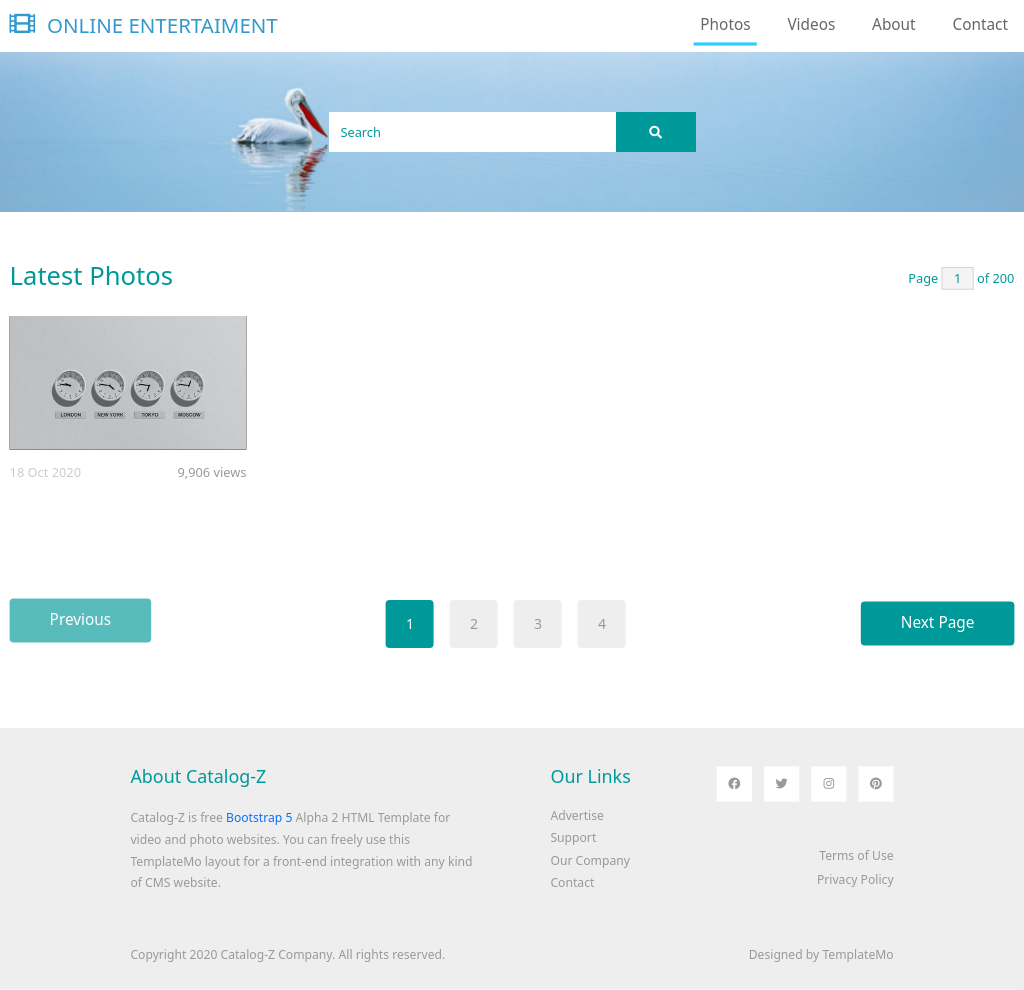
Repository: NguyenGiaHuy1102003/VideoManagementWebsite
Page: http://localhost/AsmJava4/index
The author's editor kept a copy of each file at every save. The page is drawn from the files as they stood at one save, then again after the next save.
The browser window is 1280 px wide. The pictures show the whole page, at 80% of full size.
The page is served by Tomcat 9.

Above is the page before, as saved 2023-07-21 06:05:40.

After the next save:
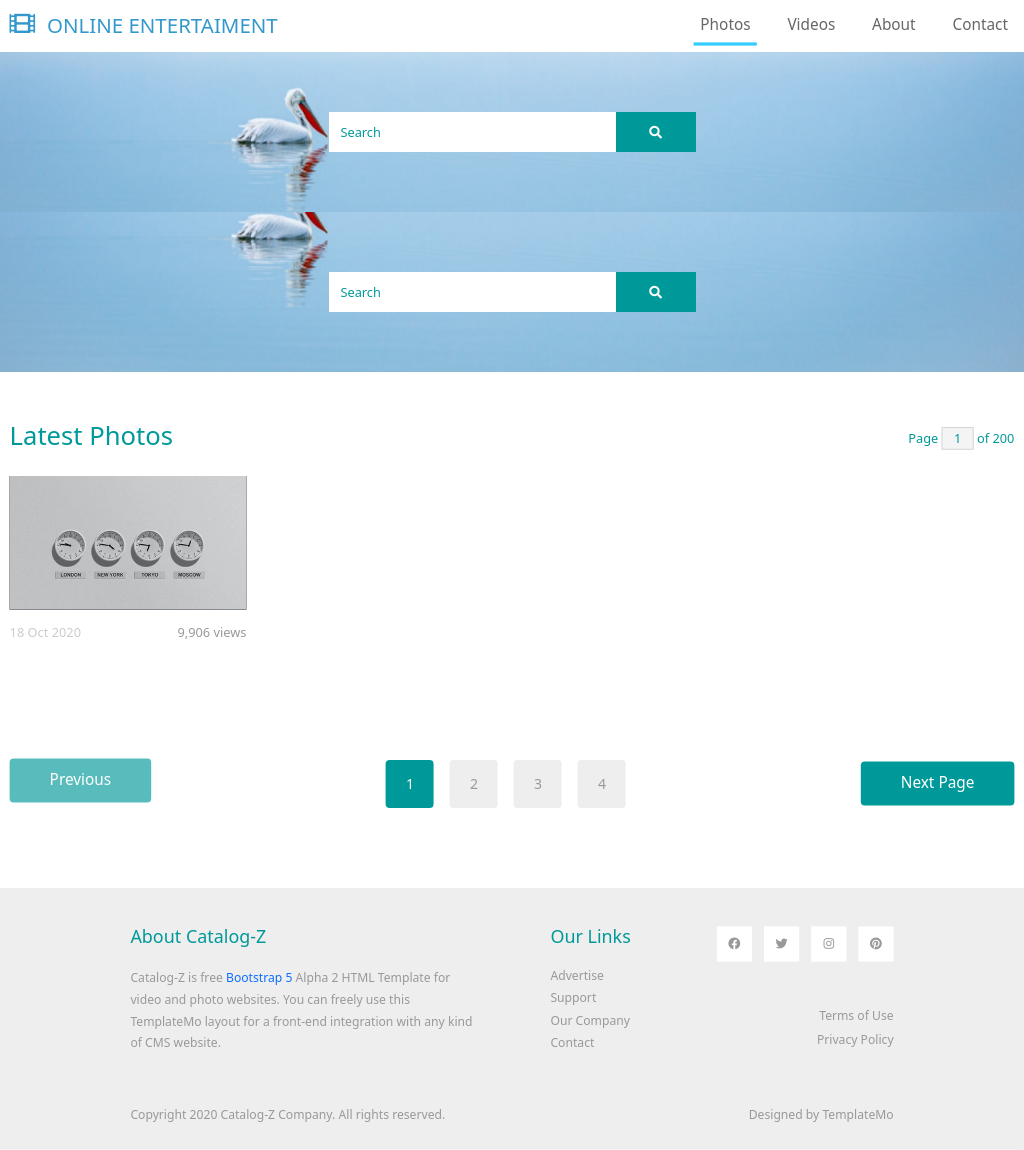
Saved 3 min 53 s later.
--- a/WebsiteSellingFlowers/ASMJava4/AsmJava4/src/main/webapp/views/user/index.jsp
+++ b/WebsiteSellingFlowers/ASMJava4/AsmJava4/src/main/webapp/views/user/index.jsp
@@ -13,6 +13,14 @@
 <body>
     <%@ include file="/common/header.jsp" %>
 
+	<div class="tm-hero d-flex justify-content-center align-items-center" data-parallax="scroll" data-image-src="img/hero.jpg">
+        <form class="d-flex tm-search-form">
+            <input class="form-control tm-search-input" type="search" placeholder="Search" aria-label="Search">
+            <button class="btn btn-outline-success tm-search-btn" type="submit">
+                <i class="fas fa-search"></i>
+            </button>
+        </form>
+    </div>
     <div class="container-fluid tm-container-content tm-mt-60">
         <div class="row mb-4">
             <h2 class="col-6 tm-text-primary">

After the 2 saves that followed:
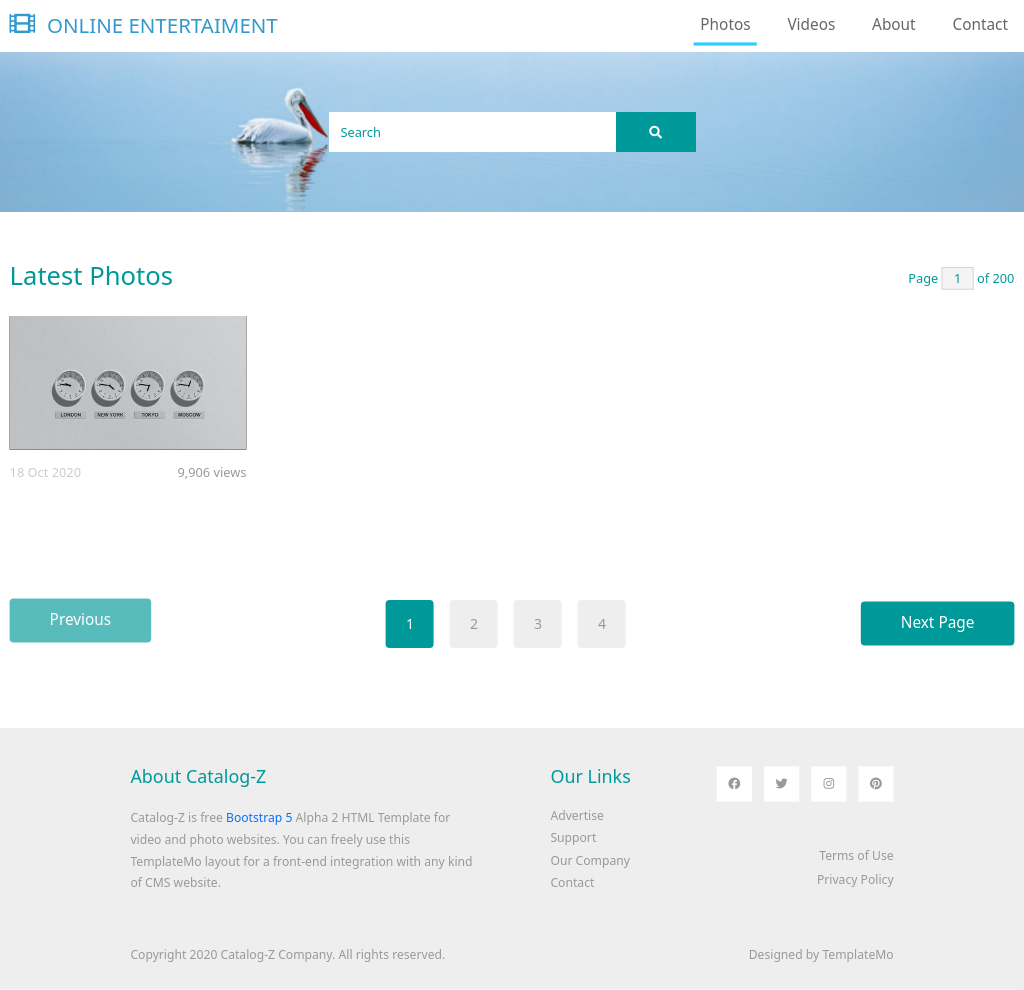
The 2 saves are shown as one change because 1 left the picture as it was.
The last was saved 2 min 48 s later.
--- a/WebsiteSellingFlowers/ASMJava4/AsmJava4/src/main/webapp/views/user/index.jsp
+++ b/WebsiteSellingFlowers/ASMJava4/AsmJava4/src/main/webapp/views/user/index.jsp
@@ -13,14 +13,7 @@
 <body>
     <%@ include file="/common/header.jsp" %>
 
-	<div class="tm-hero d-flex justify-content-center align-items-center" data-parallax="scroll" data-image-src="img/hero.jpg">
-        <form class="d-flex tm-search-form">
-            <input class="form-control tm-search-input" type="search" placeholder="Search" aria-label="Search">
-            <button class="btn btn-outline-success tm-search-btn" type="submit">
-                <i class="fas fa-search"></i>
-            </button>
-        </form>
-    </div>
+
     <div class="container-fluid tm-container-content tm-mt-60">
         <div class="row mb-4">
             <h2 class="col-6 tm-text-primary">
